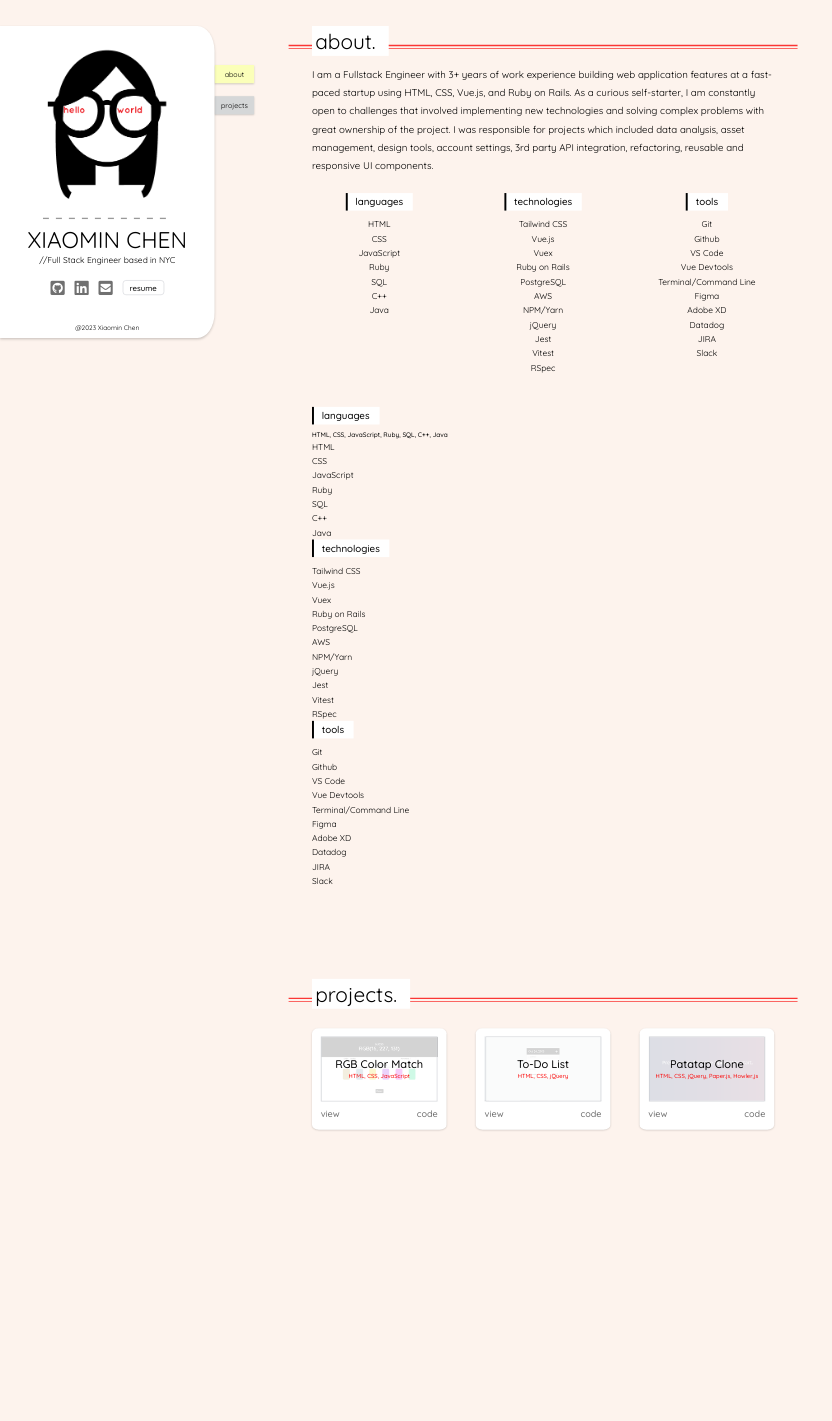
Repository: xchen136/xchen136.github.io
Page: index.html
An editor plug-in stored every save of this project. The page is shown before and after the next save, followed by the edit.
The browser window is 1280 px wide. The pictures show the whole page, at 65% of full size.
Some web libraries are served in a nearby version. The style sheet was rebuilt from its Sass, Less or Tailwind sources for each picture, by a compiler version that may differ from the author's.

Above is the page before, as saved 2023-04-08 12:58:51.

### index.html
<!DOCTYPE html>
<html lang="en">
<head>
	<meta charset="UTF-8">
	<meta name="viewport" content="width=device-width, initial-scale=1.0">
	<link rel="stylesheet" href="css/style.css">
	<link rel="shortcut icon" type="image/png" href="img/icon/favicon-32.png">
	<link rel="stylesheet" href="https://fonts.googleapis.com/css?family=Quicksand:300,400,500,700&display=swap">
	<link rel="stylesheet" href="https://use.fontawesome.com/releases/v5.8.1/css/all.css">
	<script src="https://code.jquery.com/jquery-3.6.4.min.js" integrity="sha256-oP6HI9z1XaZNBrJURtCoUT5SUnxFr8s3BzRl+cbzUq8=" crossorigin="anonymous"></script>

	<title>Xiaomin Chen</title>
</head>

<body class="main-background">
	<header id="home-header" class="header">
		<div class="header__profile">
			<div class="header__profile-logo-box">
				<img class="header__profile-avatar header__profile-logo"
					 alt="xiaomin's cartoon avatar"
					 srcset="img/avatar/cartoon_avatar-1x.png 1x, img/avatar/cartoon_avatar-2x.png 2x"
					 src="img/avatar/cartoon_avatar-2x.png">

				<img class="header__profile-avatar header__profile-photo"
					 alt="xiaomin's photo"
					 srcset="img/avatar/portrait_avatar-1x.jpg 1x, img/avatar/portrait_avatar-2x.jpg 2x"
					 src="img/avatar/portrait_avatar-2x.jpg">
			</div>

			<div class="header__divider-box">
				<div class="header__divider-line"></div>
			</div>

			<div class="header__content">
				<h1 class="heading-primary">
					<div class="heading-primary--main">Xiaomin Chen</div>
					<div class="heading-primary--sub">//Full Stack Engineer based in NYC</div>
				</h1>

				<div class="header__profileLinks">
					<a class="header__profileItem" href="https://github.com/xchen136" target="_blank"><i class="fab fa-github-square"></i></a>

					<a class="header__profileItem" href="https://www.linkedin.com/in/xchen136" target="_blank"><i class="fab fa-linkedin"></i></a>

					<!-- <a class="header__profileItem" href="https://www.instagram.com/wata.hia/" target="_blank"><i class="fab fa-instagram"></i></a> -->

					<a class="header__profileItem header__profileItem--email" tooltip="click to copy email">
						<i class="fas fa-envelope-square"></i>
					</a>

					<span class="header__btn-resume">
						<a href="Xiaomin_Chen_Resume.pdf" download>resume</a>
					</span>
				</div>

				<footer class="footer--home">@2023 Xiaomin Chen</footer>
			</div>
		</div>

		<nav id="home-nav" class="section-tab">
			<ul>
				<li class="section-tab__item section-tab__item--about"><a class="section-tab__link" href="#about">about</a></li>
				<!-- <li class="section-tab__item section-tab__item--design"><a class="section-tab__link" href="#design">design</a></li> -->
				<li class="section-tab__item section-tab__item--develop"><a class="section-tab__link" href="#projects">projects</a></li>
			</ul>
		</nav>
	</header>

	<main class="content">
		<section id="about" class="section-about">

			<div class="section-title">
				<div class="section-title__divider"></div>
				<h2 class="heading-secondary heading-secondary--sectionTitle">about.</h2>
			</div>

			<p class="section-about__summary">I am a Fullstack Engineer with 3+ years of work experience building web application features at a fast-paced startup using HTML, CSS, Vue.js, and Ruby on Rails.
				As a curious self-starter, I am constantly open to challenges that involved implementing new technologies and solving complex problems with great ownership of the project.
				I was responsible for projects which included data analysis, asset management, design tools, account settings, 3rd party API integration, refactoring, reusable and responsive UI components. </p>

			<div id="skill-box-col" class="skill-box row">
				<div class="col-1-of-3">
					<!-- <img class="icon"
						 alt="icon for languages"
						 srcset="img/icon/icon-tech-1x.png 1x, img/icon/icon-tech-2x.png 2x"
						 src="img/icon/icon-tech-2x.png"> -->

					<h3 class="heading-tertiary skill-title">Languages</h3>
					<ul class="skill">
						<li class="skill__item">HTML</li>
						<li class="skill__item">CSS</li>
						<li class="skill__item">JavaScript</li>
						<li class="skill__item">Ruby</li>
						<li class="skill__item">SQL</li>
						<li class="skill__item">C++</li>
						<li class="skill__item">Java</li>
					</ul>
				</div>
				<div class="col-1-of-3">
					<!-- <img class="icon"
						 alt="icon for technology"
						 srcset="img/icon/icon-tech-1x.png 1x, img/icon/icon-tech-2x.png 2x"
						 src="img/icon/icon-tech-2x.png"> -->

					<h3 class="heading-tertiary skill-title">Technologies</h3>
					<ul class="skill">
						<li class="skill__item">Tailwind CSS</li>
						<li class="skill__item">Vue.js</li>
						<li class="skill__item">Vuex</li>
						<li class="skill__item">Ruby on Rails</li>
						<li class="skill__item">PostgreSQL</li>
						<li class="skill__item">AWS</li>
						<li class="skill__item">NPM/Yarn</li>
						<li class="skill__item">jQuery</li>
						<li class="skill__item">Jest</li>
						<li class="skill__item">Vitest</li>
						<li class="skill__item">RSpec</li>
					</ul>
				</div>
				<div class="col-1-of-3">
					<!-- <img class="icon"
						 alt="icon for tool"
						 srcset="img/icon/icon-tool-1x.png 1x, img/icon/icon-tool-2x.png 2x"
						 src="img/icon/icon-tool-2x.png"> -->
					<h3 class="heading-tertiary skill-title">Tools</h3>
					<ul class="skill">
						<li class="skill__item">Git</li>
						<li class="skill__item">Github</li>
						<li class="skill__item">VS Code</li>
						<li class="skill__item">Vue Devtools</li>
						<li class="skill__item">Terminal/Command Line</li>
						<li class="skill__item">Figma</li>
						<li class="skill__item">Adobe XD</li>
						<li class="skill__item">Datadog</li>
						<li class="skill__item">JIRA</li>
						<li class="skill__item">Slack</li>
					</ul>
				</div>
				<!-- <div class="col-1-of-3">
					<img class="icon"
						 alt="icon for design"
						 srcset="img/icon/icon-design-1x.png 1x, img/icon/icon-design-2x.png 2x"
					     src="img/icon/icon-design-2x.png">
					<h3 class="heading-tertiary skill-title">Design</h3>
					<ul class="skill">
						<li class="skill__item">Logo</li>
						<li class="skill__item">Poster</li>
						<li class="skill__item">Brochure</li>
						<li class="skill__item">Application</li>
						<li class="skill__item">Website</li>
					</ul>
				</div> -->
			</div>

			<div id="skill-box-row" class="">
				<div class="">


					<h3 class="heading-tertiary skill-title">Languages</h3>
					<div>
						HTML, CSS, JavaScript, Ruby, SQL, C++, Java
					</div>
					<ul class="skill">
						<li class="skill__item">HTML</li>
						<li class="skill__item">CSS</li>
						<li class="skill__item">JavaScript</li>
						<li class="skill__item">Ruby</li>
						<li class="skill__item">SQL</li>
						<li class="skill__item">C++</li>
						<li class="skill__item">Java</li>
					</ul>
				</div>
				<div class="">
					<!-- <img class="icon"
						 alt="icon for technology"
						 srcset="img/icon/icon-tech-1x.png 1x, img/icon/icon-tech-2x.png 2x"
						 src="img/icon/icon-tech-2x.png"> -->

					<h3 class="heading-tertiary skill-title">Technologies</h3>
					<ul class="skill">
						<li class="skill__item">Tailwind CSS</li>
						<li class="skill__item">Vue.js</li>
						<li class="skill__item">Vuex</li>
						<li class="skill__item">Ruby on Rails</li>
						<li class="skill__item">PostgreSQL</li>
						<li class="skill__item">AWS</li>
						<li class="skill__item">NPM/Yarn</li>
						<li class="skill__item">jQuery</li>
						<li class="skill__item">Jest</li>
						<li class="skill__item">Vitest</li>
						<li class="skill__item">RSpec</li>
					</ul>
				</div>
				<div class="">
					<!-- <img class="icon"
						 alt="icon for tool"
						 srcset="img/icon/icon-tool-1x.png 1x, img/icon/icon-tool-2x.png 2x"
						 src="img/icon/icon-tool-2x.png"> -->
					<h3 class="heading-tertiary skill-title">Tools</h3>
					<ul class="skill">
						<li class="skill__item">Git</li>
						<li class="skill__item">Github</li>
						<li class="skill__item">VS Code</li>
						<li class="skill__item">Vue Devtools</li>
						<li class="skill__item">Terminal/Command Line</li>
						<li class="skill__item">Figma</li>
						<li class="skill__item">Adobe XD</li>
						<li class="skill__item">Datadog</li>
						<li class="skill__item">JIRA</li>
						<li class="skill__item">Slack</li>
					</ul>
				</div>
				<!-- <div class="col-1-of-3">
					<img class="icon"
						 alt="icon for design"
						 srcset="img/icon/icon-design-1x.png 1x, img/icon/icon-design-2x.png 2x"
					     src="img/icon/icon-design-2x.png">
					<h3 class="heading-tertiary skill-title">Design</h3>
					<ul class="skill">
						<li class="skill__item">Logo</li>
						<li class="skill__item">Poster</li>
						<li class="skill__item">Brochure</li>
						<li class="skill__item">Application</li>
						<li class="skill__item">Website</li>
					</ul>
				</div> -->
			</div>
		</section>

		<!-- Jumping to <section> fail to change section-tab color to yellow, so will jump to id="design" class="locator" -->
		<!-- <section class="section-design">
			<div id="design" class="locator"></div>

			<div class="section-title">
				<div class="section-title__divider section-title__divider--long"></div>
				<h2 class="heading-secondary heading-secondary--sectionTitle">design.</h2>
			</div>

			<div class="section-design__content">
				<div class="row">
					<div class="col-1-of-4">
						<a href="design-chopstick.html">
							<div class="design-cover">
								<img class="design-cover__img"
									 alt="cropped cover for chopstick expedition's booklet design"
									 srcset="img/design-cover/chopstick-1x.jpg 1x, img/design-cover/chopstick-2x.jpg 2x"
									 src="img/design-cover/chopstick-2x.jpg">

								<div class="design-cover__content">
									<div class="design-cover__title">
										<p class="design-cover__title--main">Chopstick</p>
										<p class="design-cover__title--sub">Booklet</p>
									</div>
								</div>
							</div>
						</a>
					</div>
					<div class="col-1-of-4">
						<a href="design-yusaku.html">
							<div class="design-cover">
								<img class="design-cover__img"
									 alt="cropped cover for kamekura yusaku's design project"
									 srcset="img/design-cover/yusaku-eblast-1x.jpg 1x,
									         img/design-cover/yusaku-eblast-2x.jpg 2x"
								 	 src="img/design-cover/yusaku-eblast-2x.jpg">

								<div class="design-cover__content">
									<div class="design-cover__title">
										<p class="design-cover__title--main">Yusaku</p>
										<p class="design-cover__title--sub">Poster + Flyer</p>
									</div>
								</div>
							</div>
						</a>
					</div>
					<div class="col-1-of-4">
						<a href="design-ohny.html">
							<div class="design-cover">
								<img class="design-cover__img"
									 alt="cropped cover for open house new york's brochure design"
									 srcset="img/design-cover/ohny-1x.jpg 1x, img/design-cover/ohny-2x.jpg 2x"
									 src="img/design-cover/ohny-2x.jpg">

								<div class="design-cover__content">
									<div class="design-cover__title">
										<p class="design-cover__title--main">OHNY</p>
										<p class="design-cover__title--sub">Brochure</p>
									</div>
								</div>
							</div>
						</a>
					</div>
					<div class="col-1-of-4">
						<a href="design-metrofare.html">
							<div class="design-cover">
								<img class="design-cover__img"
									 alt="cropped cover for metrofare refill's app interface design"
									 srcset="img/design-cover/metrofare-refill-1x.jpg 1x,
									      img/design-cover/metrofare-refill-2x.jpg 2x"
									 src="img/design-cover/metrofare-refill-2x.jpg">

								<div class="design-cover__content">
									<div class="design-cover__title">
										<p class="design-cover__title--main">MetroFare Refill</p>
										<p class="design-cover__title--sub">App Interface</p>
									</div>
								</div>
							</div>
						</a>
					</div>
				</div>

				<div class="row">
					<div class="col-1-of-4">
						<a href="design-forest.html">
							<div class="design-cover">
								<img class="design-cover__img"
									 alt="cropped cover for the forest's movie poster design"
								     srcset="img/design-cover/the-forest-1x.jpg 1x, img/design-cover/the-forest-2x.jpg 2x"
								     src="img/design-cover/the-forest-2x.jpg">

								<div class="design-cover__content">
									<div class="design-cover__title">
										<p class="design-cover__title--main">The Forest</p>
										<p class="design-cover__title--sub">Poster</p>
									</div>
								</div>
							</div>
						</a>
					</div>
					<div class="col-1-of-4">
						<a href="design-sexualOffense.html">
							<div class="design-cover">
								<img class="design-cover__img"
									 alt="cropped cover for sexual offense's data visualization poster design"
									 srcset="img/design-cover/sexual-offense-1x.jpg 1x,
									 		 img/design-cover/sexual-offense-2x.jpg 2x"
									 src="img/design-cover/sexual-offense-2x.jpg">
								<div class="design-cover__content">
									<div class="design-cover__title">
										<p class="design-cover__title--main">Sexual Offense</p>
										<p class="design-cover__title--sub">Poster</p>
									</div>
								</div>
							</div>
						</a>
					</div>
					<div class="col-1-of-4">
						<a href="design-skyscraper.html">
							<div class="design-cover">
								<img class="design-cover__img"
									 alt="cropped cover for walking skyscraper's typography poster design"
									 srcset="img/design-cover/walking-skyscraper-1x.jpg 1x,
									 		 img/design-cover/walking-skyscraper-2x.jpg 2x"
									 src="img/design-cover/walking-skyscraper-2x.jpg">
								<div class="design-cover__content">
									<div class="design-cover__title">
										<p class="design-cover__title--main">Skyscraper</p>
										<p class="design-cover__title--sub">Poster</p>
									</div>
								</div>
							</div>
						</a>
					</div>
					<div class="col-1-of-4">
						<a href="design-superstudio.html">
							<div class="design-cover">
								<img class="design-cover__img"
									 alt="cropped cover for superstudio's world vision visual identity design"
									 srcset="img/design-cover/superstudio-1x.png 1x, img/design-cover/superstudio-2x.png 2x"
									 src="img/design-cover/superstudio-2x.png">
								<div class="design-cover__content">
									<div class="design-cover__title">
										<p class="design-cover__title--main">Superstudio</p>
										<p class="design-cover__title--sub">Logo</p>
									</div>
								</div>
							</div>
						</a>
					</div>
				</div>
			</div>


		</section> -->

		<section class="section-develop"> <!-- section-tab won't change to yellow when it jumps to this location-->

			<!-- to jump to a nice looking location-->
			<div id="projects" class="locator"></div>

			<div class="section-title">
				<div class="section-title__divider"></div>
				<h2 class="heading-secondary heading-secondary--sectionTitle">projects.</h2>
			</div>

			<div class="row">
				<div class="col-1-of-3 col-1-of-1">
					<div class="develop-cover">
						<div class="develop-cover__content">
							<img class="develop-cover__img"
								 alt="cover for the rgb color match coding project"
								 srcset="img/develop-cover/rgb-game-1x.png 1x, img/develop-cover/rgb-game-2x.png 2x"
								 src="img/develop-cover/rgb-game-2x.png">

							<div class="develop-cover__title">
								<p class="develop-cover__title--main">RGB Color Match</p>
								<p class="develop-cover__title--sub">HTML, CSS, JavaScript</p>
							</div>
						</div>

						<div class="develop-cover__btns">
							<a class="develop-cover__link develop-cover__link--left" href="coding-project/rgb-game/RGBgame.html" target="_blank">view</a>
							<a class="develop-cover__link develop-cover__link--right" href="https://github.com/xchen136/RGB-Color-Match" target="_blank">code</a>
						</div>
					</div>
				</div>

				<div class="col-1-of-3 col-1-of-1">
					<div class="develop-cover">
						<div class="develop-cover__content">
							<img class="develop-cover__img"
								 alt="cover for the todo list coding project"
								 srcset="img/develop-cover/todo-list-1x.png 1x, img/develop-cover/todo-list-2x.png 2x"
								 src="img/develop-cover/todo-list-2x.png">


							<div class="develop-cover__title">
								<p class="develop-cover__title--main">To-Do List</p>
								<p class="develop-cover__title--sub">HTML, CSS, jQuery</p>
							</div>
						</div>

						<div class="develop-cover__btns">
							<a class="develop-cover__link develop-cover__link--left" href="coding-project/todo-list/todo.html" target="_blank">view</a>
							<a class="develop-cover__link develop-cover__link--right" href="https://github.com/xchen136/To-do-List" target="_blank">code</a>
						</div>
					</div>
				</div>

				<div class="col-1-of-3 col-1-of-1">
					<div class="develop-cover">
						<div class="develop-cover__content">
							<img class="develop-cover__img"
								 alt="cover for the patatap coding project"
								 srcset="img/develop-cover/patatap-1x.png 1x, img/develop-cover/patatap-2x.png 2x"
								 src="img/develop-cover/patatap-2x.png">

							<div class="develop-cover__title">
								<p class="develop-cover__title--main">Patatap Clone</p>
								<p class="develop-cover__title--sub">HTML, CSS, jQuery, Paper.js, Howler,js</p>
							</div>
						</div>

						<div class="develop-cover__btns">
							<a class="develop-cover__link develop-cover__link--left" href="coding-project/patatap-clone/patatap.html" target="_blank">view</a>
							<a class="develop-cover__link develop-cover__link--right" href="https://github.com/xchen136/Patatap-Clone" target="_blank">code</a>
						</div>
					</div>
				</div>
			</div>

			<div class="row">
				<!-- <div class="col-1-of-3 col-1-of-1">
					<div class="develop-cover">
						<div class="develop-cover__content">
							<img class="develop-cover__img"
								 alt="cover for the step counting data visualization coding project"
								 srcset="img/develop-cover/step-counting-1x.png 1x,
								 		 img/develop-cover/step-counting-2x.png 2x"
								 src="img/develop-cover/step-counting-2x.png">

							<div class="develop-cover__title">
								<p class="develop-cover__title--main">Data Visualization</p>
								<p class="develop-cover__title--sub">HTML, CSS, jQuery, D3.js</p>
							</div>
						</div>

						<div class="develop-cover__btns">
							<a class="develop-cover__link develop-cover__link--left" href="coding-project/step-counting/step-counting.html" target="_blank">view</a>
							<a class="develop-cover__link develop-cover__link--right" href="https://github.com/xchen136/Step-Counting-and-Screen-Time" target="_blank">code</a>
						</div>
					</div>
				</div>	 -->

				<!-- <div class="col-1-of-3 col-1-of-1">
					<div class="develop-cover">
						<div class="develop-cover__content">
							<img class="develop-cover__img"
								 alt="cover for the song finder coding project"
								 srcset="img/develop-cover/song-finder-1x.png 1x, img/develop-cover/song-finder-2x.png 2x"
								 src="img/develop-cover/song-finder-2x.png">

							<div class="develop-cover__title">
								<p class="develop-cover__title--main">Song Track Finder</p>
								<p class="develop-cover__title--sub">HTML, CSS, jQuery, last.fm API</p>
							</div>
						</div>

						<div class="develop-cover__btns">
							<a class="develop-cover__link develop-cover__link--left" href="coding-project/song-track-finder/song-track-finder.html" target="_blank">view</a>
							<a class="develop-cover__link develop-cover__link--right" href="https://github.com/xchen136/Song-Track" target="_blank">code</a>
						</div>
					</div>
				</div>	 -->

<!-- 				<div class="col-1-of-3 col-1-of-1">
					<div class="develop-cover">
						<div class="develop-cover__content">
							<img class="develop-cover__img" src="#" alt="image cover for coding project ---">

							<div class="develop-cover__title">
								<p class="develop-cover__title--main">Coming Soon...</p>
								<p class="develop-cover__title--sub">%$#%#I^</p>
							</div>
						</div>

						<div class="develop-cover__btns">
							<a class="develop-cover__link develop-cover__link--left" href="#develop" target="_blank">view</a>
							<a class="develop-cover__link develop-cover__link--right" href="#develop" target="_blank">code</a>
						</div>
					</div>
				</div>	 -->
			</div>
		</section>

		<section class="section-contact"></section>
	</main>

	<script type="text/javascript" src="js/homepage.js"></script>
</body>
</html>

Loaded but not shown: js/homepage.js (65 lines, source omitted); sass/layout/_header.scss (326 lines, source omitted); sass/layout/_grid.scss (164 lines, source omitted); sass/layout/_design-content.scss (205 lines, source omitted); sass/pages/_home.scss (207 lines, source omitted); sass/components/_develop-cover.scss (183 lines, source omitted); sass/base/_typography.scss (167 lines, source omitted); sass/abstracts/_mixins.scss (92 lines, source omitted); sass/components/_design-cover.scss (126 lines, source omitted); sass/layout/_design-nav.scss (135 lines, source omitted); sass/components/_card.scss (103 lines, source omitted); sass/base/_base.scss (57 lines, source omitted); sass/components/_autoSlide.scss (66 lines, source omitted); sass/layout/_section-tab.scss (67 lines, source omitted); sass/components/_section-title.scss (47 lines, source omitted); sass/components/_scroll-indicator.scss (53 lines, source omitted); sass/base/_animations.scss (92 lines, source omitted); sass/abstracts/_variables.scss (32 lines, source omitted); sass/layout/_footer.scss (45 lines, source omitted); sass/main.scss (25 lines, source omitted); sass/base/_utilities.scss (4 lines, source omitted)

After the next save:
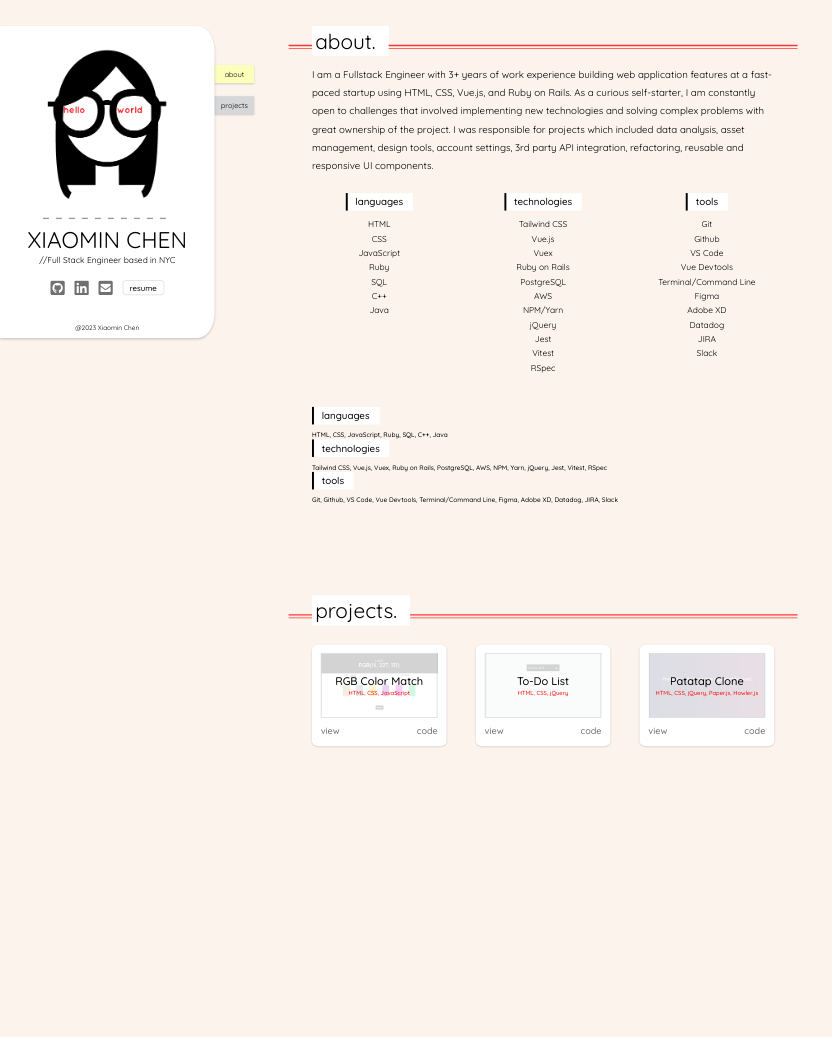
Saved 3 min 23 s later.
--- a/index.html
+++ b/index.html
@@ -154,76 +154,19 @@
 
 			<div id="skill-box-row" class="">
 				<div class="">
-
-
 					<h3 class="heading-tertiary skill-title">Languages</h3>
 					<div>
 						HTML, CSS, JavaScript, Ruby, SQL, C++, Java
 					</div>
-					<ul class="skill">
-						<li class="skill__item">HTML</li>
-						<li class="skill__item">CSS</li>
-						<li class="skill__item">JavaScript</li>
-						<li class="skill__item">Ruby</li>
-						<li class="skill__item">SQL</li>
-						<li class="skill__item">C++</li>
-						<li class="skill__item">Java</li>
-					</ul>
 				</div>
 				<div class="">
-					<!-- <img class="icon"
-						 alt="icon for technology"
-						 srcset="img/icon/icon-tech-1x.png 1x, img/icon/icon-tech-2x.png 2x"
-						 src="img/icon/icon-tech-2x.png"> -->
-
 					<h3 class="heading-tertiary skill-title">Technologies</h3>
-					<ul class="skill">
-						<li class="skill__item">Tailwind CSS</li>
-						<li class="skill__item">Vue.js</li>
-						<li class="skill__item">Vuex</li>
-						<li class="skill__item">Ruby on Rails</li>
-						<li class="skill__item">PostgreSQL</li>
-						<li class="skill__item">AWS</li>
-						<li class="skill__item">NPM/Yarn</li>
-						<li class="skill__item">jQuery</li>
-						<li class="skill__item">Jest</li>
-						<li class="skill__item">Vitest</li>
-						<li class="skill__item">RSpec</li>
-					</ul>
+					<div>Tailwind CSS, Vue.js, Vuex, Ruby on Rails, PostgreSQL, AWS, NPM, Yarn, jQuery, Jest, Vitest, RSpec</div>
 				</div>
 				<div class="">
-					<!-- <img class="icon"
-						 alt="icon for tool"
-						 srcset="img/icon/icon-tool-1x.png 1x, img/icon/icon-tool-2x.png 2x"
-						 src="img/icon/icon-tool-2x.png"> -->
 					<h3 class="heading-tertiary skill-title">Tools</h3>
-					<ul class="skill">
-						<li class="skill__item">Git</li>
-						<li class="skill__item">Github</li>
-						<li class="skill__item">VS Code</li>
-						<li class="skill__item">Vue Devtools</li>
-						<li class="skill__item">Terminal/Command Line</li>
-						<li class="skill__item">Figma</li>
-						<li class="skill__item">Adobe XD</li>
-						<li class="skill__item">Datadog</li>
-						<li class="skill__item">JIRA</li>
-						<li class="skill__item">Slack</li>
-					</ul>
-				</div>
-				<!-- <div class="col-1-of-3">
-					<img class="icon"
-						 alt="icon for design"
-						 srcset="img/icon/icon-design-1x.png 1x, img/icon/icon-design-2x.png 2x"
-					     src="img/icon/icon-design-2x.png">
-					<h3 class="heading-tertiary skill-title">Design</h3>
-					<ul class="skill">
-						<li class="skill__item">Logo</li>
-						<li class="skill__item">Poster</li>
-						<li class="skill__item">Brochure</li>
-						<li class="skill__item">Application</li>
-						<li class="skill__item">Website</li>
-					</ul>
-				</div> -->
+					<div>Git, Github, VS Code, Vue Devtools, Terminal/Command Line, Figma, Adobe XD, Datadog, JIRA, Slack</div>
+				</div>
 			</div>
 		</section>
 
